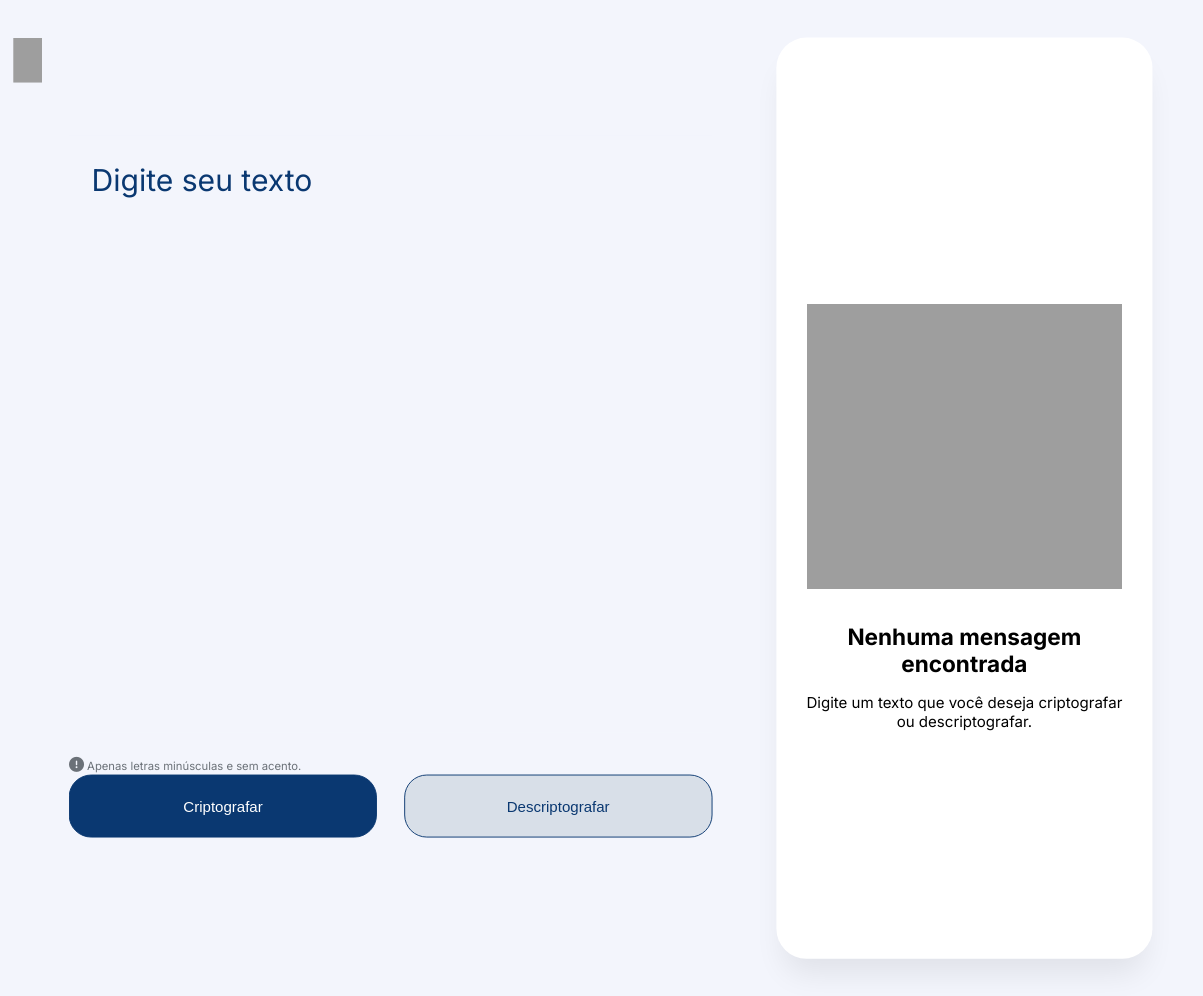
Repository: CarlosEduardoVdeOliveira/descodificador-de-texto
Page: index.html
These files come from the project's save history. The page is drawn as it stood at one moment and after the next save; the edit follows.
The browser window is 1280 px wide. The pictures show the whole page, at 94% of full size.
Pictures or frames that could not be fetched are drawn as grey boxes.

Above is the page before, as saved 2023-04-13 09:28:12.

### index.html
<!DOCTYPE html>
<html lang="en">
<head>
   <meta charset="UTF-8">
   <link rel="preconnect" href="https://fonts.googleapis.com">
   <link rel="preconnect" href="https://fonts.gstatic.com" crossorigin>
   <meta http-equiv="X-UA-Compatible" content="IE=edge">
   <meta name="viewport" content="width=device-width, initial-scale=1.0">
   <link href="https://fonts.googleapis.com/css2?family=Inter:wght@400;700&display=swap" rel="stylesheet">
   <link rel="stylesheet" href="https://cdnjs.cloudflare.com/ajax/libs/font-awesome/6.4.0/css/all.min.css" integrity="sha512-iecdLmaskl7CVkqkXNQ/ZH/XLlvWZOJyj7Yy7tcenmpD1ypASozpmT/E0iPtmFIB46ZmdtAc9eNBvH0H/ZpiBw==" crossorigin="anonymous" referrerpolicy="no-referrer" />
   <link rel="stylesheet" href="/public/styles/reset.css">
   <link rel="stylesheet" href="/public/styles/index.css">
   <link rel="stylesheet" href="/public/styles/tablet.css">
   <link rel="stylesheet" href="/public/styles/mobile.css">
   <title>Decodificador</title>
</head>
<body>
   <main>
      <img src="/public/images/imageLogo2.png"
         alt="letra a da logo da escola de programação Alura">
      <div class="frist-area">
         <textarea class="textarea-input" placeholder="Digite seu texto" autofocus></textarea>
         <div class="info">
            <span>
               <i class="fa-solid fa-circle-exclamation"></i>
               Apenas letras minúsculas e sem acento.
            </span>
            <div class="info-group-button">
               <button class="button-cryptography">Criptografar</button>
               <button class="button-decryption">Descriptografar</button>
            </div>
         </div>
      </div>
      <div class="text-cryption">
         <img src="/public/images/imageHighLight.svg" alt="">
         <div>
            <h2>Nenhuma mensagem encontrada</h2>
            <p>
               Digite um texto que você deseja criptografar ou descriptografar.
            </p>
         </div>
      </div>
   </main>
   <script src="/public/scripts/index.js"></script>
</body>
</html>

### public/styles/reset.css
:root{
   --light-gray: #D8DFE8;
   --gray-100: #CED4DA;
   --gray-200: #ADB5BD;
   --gray-300: #868E96;
   --gray-400: #495057;
   --gray-500: #343A40;
   --light-blue-100: #F3F5FC;
   --light-blue-200: #EFF1FA;
   --light-blue-300: #E9ECF8;
   --light-blue-400: #AAB2D5;
   --light-blue-500: #757FB2;
   --dark-blue-100: #609ED4;
   --dark-blue-200: #356EA9;
   --dark-blue-300: #0A3871;
   --dark-blue-400: #072B61;
   --dark-blue-500: #052051;
}
*{
   margin: 0;
   padding: 0;
   box-sizing: border-box;
}

html{
   font-family:  'Inter', sans-serif;
   font-size: 1rem;
}

### public/styles/index.css
body{
   background-color: var(--light-blue-100);
}
img{
   width: 1.943rem;
   height: 3rem;
   margin-top: 2.5rem;
}
main {
   display: flex;
   justify-content: space-around;
   align-items: self-start;
   margin: 0 auto;
}
.frist-area{
   display: flex;
   flex-direction: column;
   margin-top: 7.5rem;
}
textarea.textarea-input{
   width: 100%;
   height: 39.68rem;
   font-family: 'Inter';
   font-size: 32px;
   line-height: 150%;
   background-color: var(--light-blue-100);
   color: var(--dark-blue-300);
   border: none;
   resize: none;
   margin: 1.5rem auto;
   padding: 1.5rem;
}
textarea.textarea-input:focus{
   outline: 0;
}

textarea.textarea-input::placeholder{
   color: var(--dark-blue-300);
}

i{
   color: var(--gray-400);
   font-size: 1rem;
}
span{
   font-size: 12px;
   color: var(--gray-400);
   line-height: 150%;
   opacity: 0.8;
   margin-bottom: 1rem;
}
button{
   padding: 1.5rem;
   gap: .5rem;
   width: 328px;
   height: 67px;
   border-radius: 1.5rem;
   cursor: pointer;
   font-size: 1rem;
   line-height: 19px;
   border: 1px solid var(--dark-blue-300);
   transition: all .2s;
}
.button-cryptography{
   background-color: var(--dark-blue-300);
   color: white;
   margin-right: 1.5rem;
}
.button-cryptography:hover{
   background-color: var(--dark-blue-400);
}
.button-decryption{
   background: var(--light-gray);
   color: var(--dark-blue-300);
}
.button-decryption:hover{
   background-color: var(--light-blue-200);
}
.text-cryption{
   width: 25rem;
   margin: 2.5rem;
   padding: 15.188rem 2rem;
   text-align: center;
   background-color: white;
   /* shadow */
   box-shadow: 0px 24px 32px -8px rgba(0, 0, 0, 0.08);
   border-radius: 32px;
}
.text-cryption img{
   width: 21rem;
   height: 19rem;
}
.text-cryption div{
   display: flex;
   flex-direction: column;

   margin-top: 2rem;
   padding: 0px;
   gap: 16px;
}

.button-copy-cryption{
   background-color: white;
}
.button-copy-cryption:hover{
   background-color: var(--light-blue-200);
}

### public/styles/tablet.css
@media (max-width: 768px) {
   main{
      display: block;
   }
   img{
      margin: 1rem;
   }
   .textarea-input{
      margin: 0 auto;
   }
   .info{
      display: flex;
      flex-direction: column;
      margin: 0 auto;
   }
   .text-cryption{
      width: 43rem;
      height: 8.313rem;
      padding: 0;
      margin: 1.5rem auto;
   }
   .text-cryption img{
      display: none;
   }
}

### public/styles/mobile.css
@media (max-width: 375px) {
   img{
      margin: 1rem;
   }
   .info{
      margin: 0 auto;
   }
   .info-group-button{
      display: flex;
      flex-direction: column;
   }
   .info-group-button .button-cryptography{
      margin-bottom: 1.5rem;
   }
   .text-cryption{
      width: 20.438rem;
      height: 11.625rem;
      padding: 0;
      margin: 1.5rem auto;
   }
}

### public/scripts/index.js
const elementTextarea = document.querySelector("textarea.textarea-input");
const areaCryption = document.querySelector(".text-cryption");
const buttonCryptography = document.querySelector(".button-cryptography");
const buttonDecryption = document.querySelector(".button-decryption");


function alterTextCryptionArea(){
   areaCryption.classList.remove('text-cryption')
   areaCryption.innerHTML = `
      <p>${elementTextarea.value}</p>
      <button class="button-copy-cryption">Copiar</button>
   `;
}
/*
function copyText(){
   const text = document.querySelector("format-text-cryption")
   text.select();
   document.execCommand('copy');
} */
/* document.querySelector("button-copy-cryption").onclick = copyText */
buttonCryptography.onclick = alterTextCryptionArea
buttonDecryption.onclick = alterTextCryptionArea

After the next save:
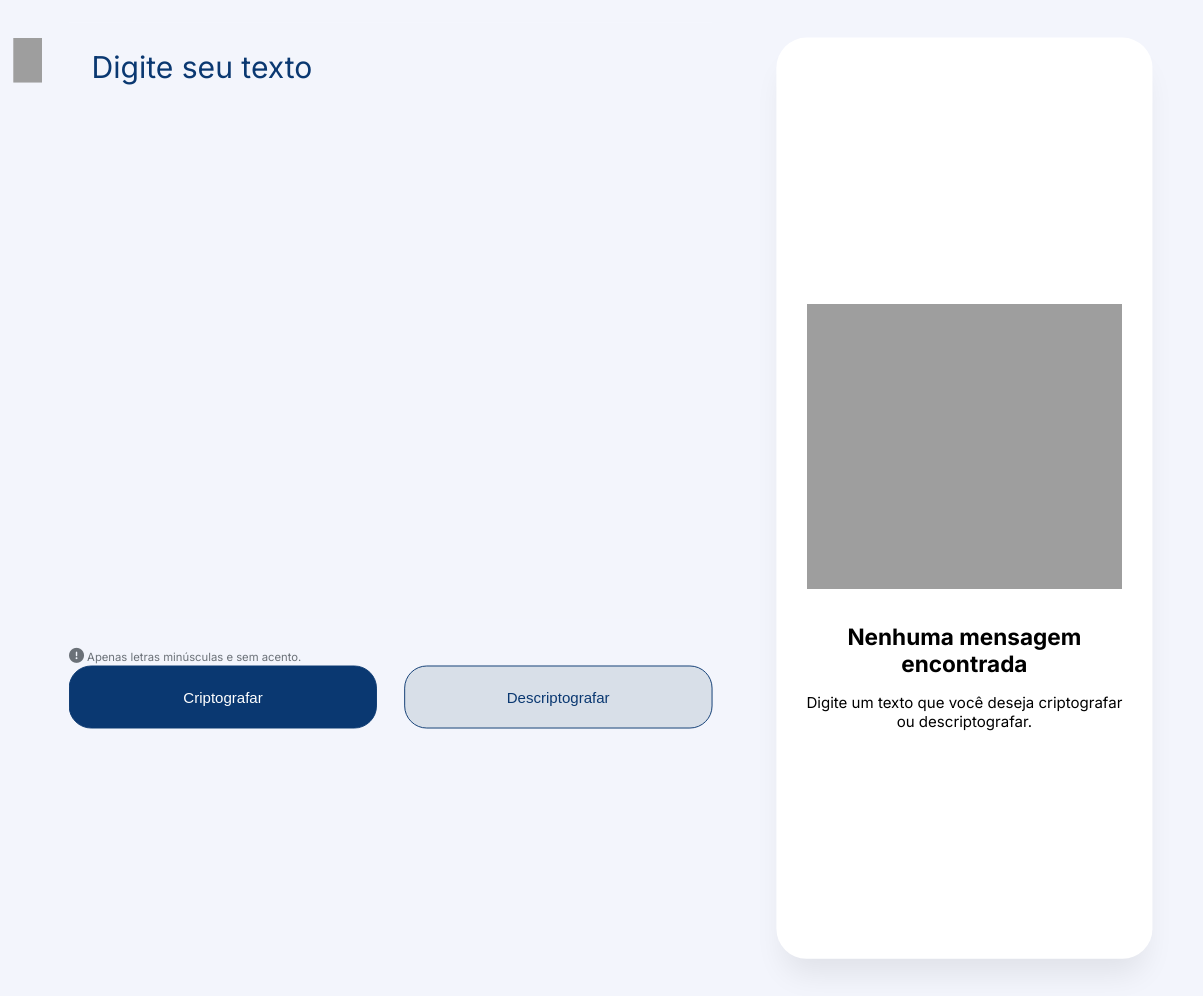
Saved 52 s later.
--- a/public/styles/index.css
+++ b/public/styles/index.css
@@ -12,7 +12,7 @@ main {
    align-items: self-start;
    margin: 0 auto;
 }
-.frist-area{
+.highlight{
    display: flex;
    flex-direction: column;
    margin-top: 7.5rem;

After the save that followed:
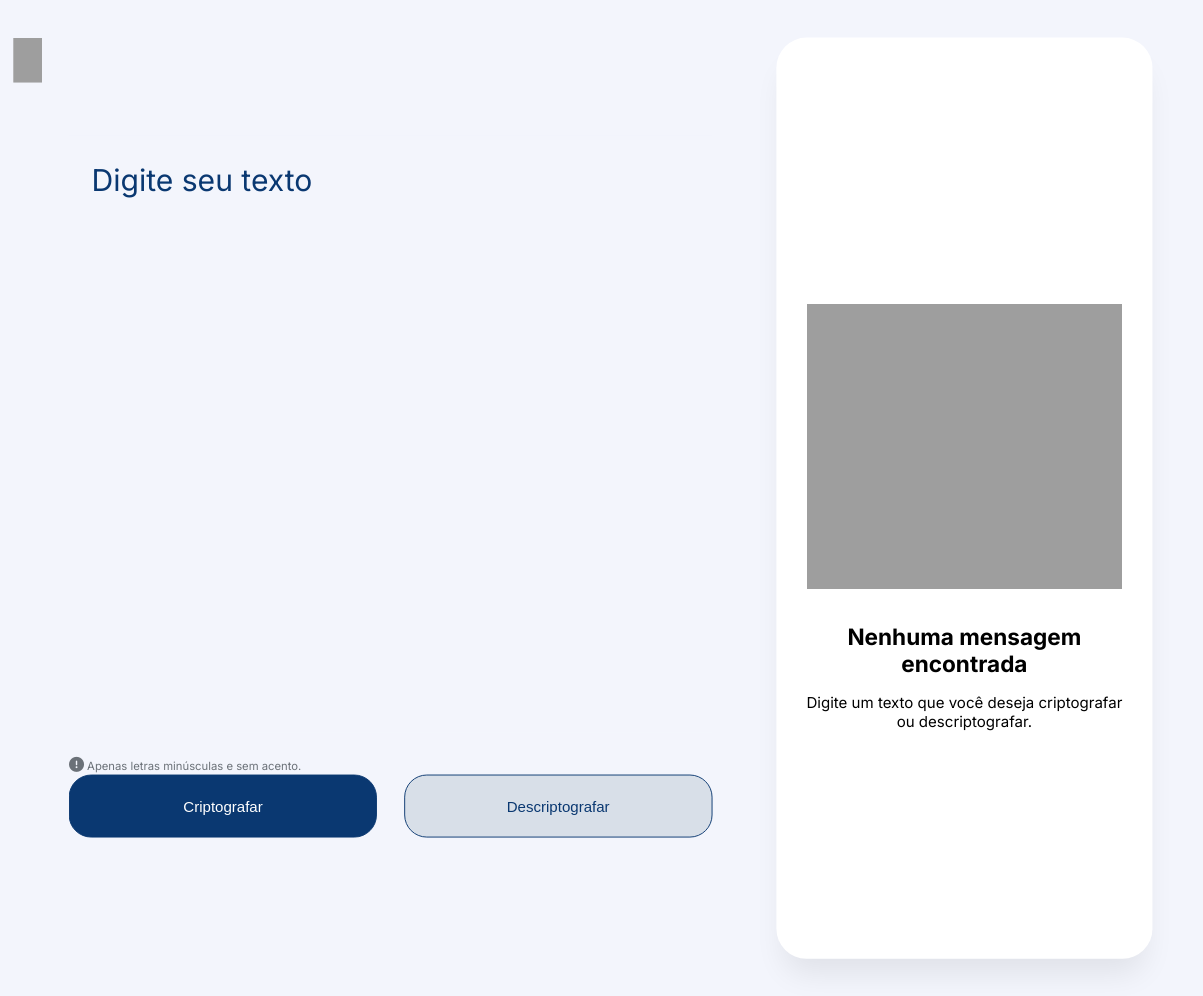
Saved 12 s later.
--- a/index.html
+++ b/index.html
@@ -18,7 +18,7 @@
    <main>
       <img src="/public/images/imageLogo2.png"
          alt="letra a da logo da escola de programação Alura">
-      <div class="frist-area">
+      <div class="highlight">
          <textarea class="textarea-input" placeholder="Digite seu texto" autofocus></textarea>
          <div class="info">
             <span>
